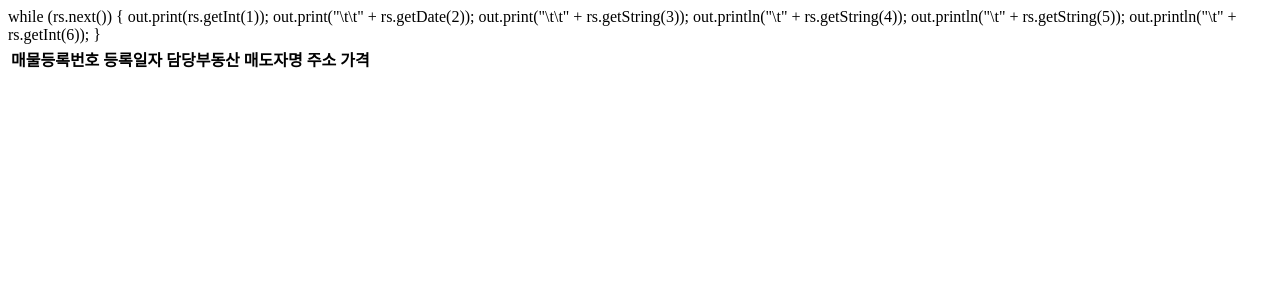
Repository: Leekm0912/2-1_JSP-DB_Project
Page: http://localhost/WebTest/DB/DBTest.jsp
These files come from the project's save history. The page is drawn as it stood at one moment and after the next save; the edit follows.
The browser window is 1280 px wide. The pictures show the whole page.
The page is served by Tomcat 9. Other server files are loaded and not shown. Queries for data that is not in the repository find no rows.

Above is the page before, as saved 2020-06-10 01:27:35.

### WebTest/WebContent/DB/DBTest.jsp
<%@ page contentType="text/html; charset=utf-8"%>
<%@ page import="java.sql.*"%>
<%@ page import="java.io.*"%>
<%@ page import="java.sql.CallableStatement"%>
<%
	Connection con = null;
	String url = "jdbc:oracle:thin:@localhost:1521:orcl";
	/* 11g express edition은 orcl 대신 XE를 입력한다. */
	String userid = "MYDB";
	String pwd = "dongsu14";

	try { /* 드라이버를 찾는 과정 */
		Class.forName("oracle.jdbc.driver.OracleDriver");
		System.out.println("드라이버 로드 성공");
	} catch (ClassNotFoundException e) {
		e.printStackTrace();
	}

	try { /* 데이터베이스를 연결하는 과정 */
		System.out.println("데이터베이스 연결 준비 ...");
		con = DriverManager.getConnection(url, userid, pwd);
		System.out.println("데이터베이스 연결 성공");
	} catch (SQLException e) {
		e.printStackTrace();
	}

	String query = "SELECT * FROM 상세매물"; /* SQL 문 */
	try { /* 데이터베이스에 질의 결과를 가져오는 과정 */
		Statement stmt = con.createStatement();
		ResultSet rs = stmt.executeQuery(query);
%>

	<table>
		<th>매물등록번호</th>
		<th>등록일자</th>
		<th>담당부동산</th>
		<th>매도자명</th>
		<th>주소</th>
		<th>가격</th>
		while (rs.next()) {
			out.print(rs.getInt(1));
			out.print("\t\t" + rs.getDate(2));
			out.print("\t\t" + rs.getString(3));
			out.println("\t" + rs.getString(4));
			out.println("\t" + rs.getString(5));
			out.println("\t" + rs.getInt(6));
		}
<%
		con.close();
	} catch (SQLException e) {
		e.printStackTrace();
}
%>

After the next save:
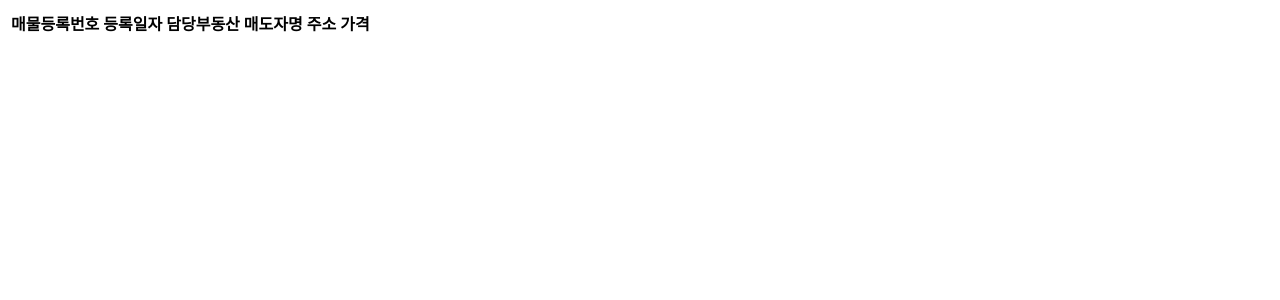
Saved 7 s later.
--- a/WebTest/WebContent/DB/DBTest.jsp
+++ b/WebTest/WebContent/DB/DBTest.jsp
@@ -28,6 +28,14 @@
 	try { /* 데이터베이스에 질의 결과를 가져오는 과정 */
 		Statement stmt = con.createStatement();
 		ResultSet rs = stmt.executeQuery(query);
+		while (rs.next()) {
+			out.print(rs.getInt(1));
+			out.print("\t\t" + rs.getDate(2));
+			out.print("\t\t" + rs.getString(3));
+			out.println("\t" + rs.getString(4));
+			out.println("\t" + rs.getString(5));
+			out.println("\t" + rs.getInt(6));
+		}
 %>
 
 	<table>
@@ -37,14 +45,7 @@
 		<th>매도자명</th>
 		<th>주소</th>
 		<th>가격</th>
-		while (rs.next()) {
-			out.print(rs.getInt(1));
-			out.print("\t\t" + rs.getDate(2));
-			out.print("\t\t" + rs.getString(3));
-			out.println("\t" + rs.getString(4));
-			out.println("\t" + rs.getString(5));
-			out.println("\t" + rs.getInt(6));
-		}
+
 <%
 		con.close();
 	} catch (SQLException e) {
